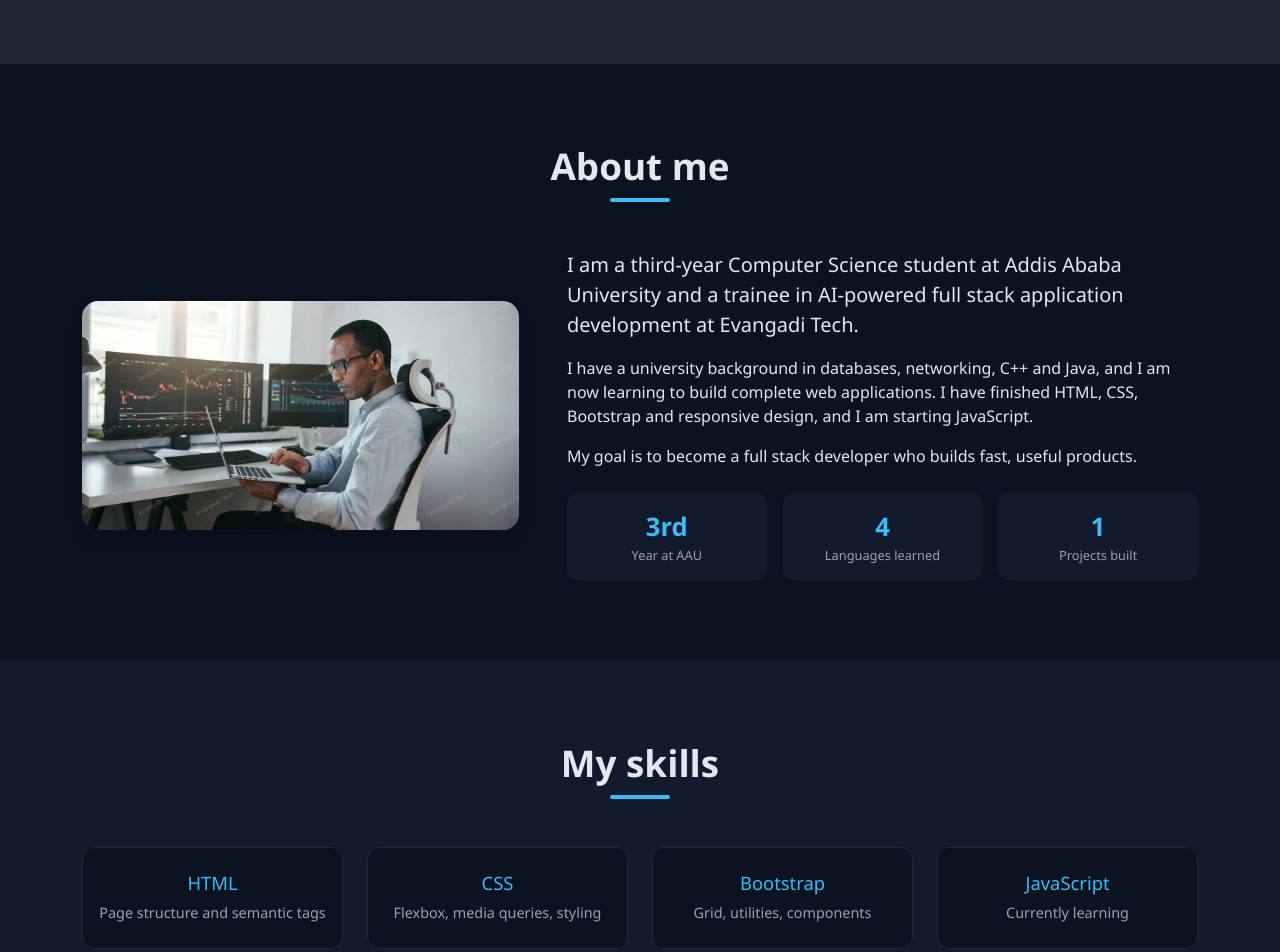
Repository: lawgaw-sefineh/MyPortfolioWebsite
Page: index.html
The author's editor kept a copy of each file at every save. The page is drawn from the files as they stood at one save, then again after a run of saves.
The browser window is 1280 px wide. The pictures show the part of the page from y = 656 to 1608 px (the page is 2848 px tall before and 3297 px after).
Pictures or frames that could not be fetched are drawn as grey boxes.

Above is the page before, as saved 2026-10-05 17:44:03.

### index.html
<!DOCTYPE html>
<html lang="en">
<head>
  <meta charset="UTF-8">
  <meta name="viewport" content="width=device-width, initial-scale=1">
  <title>Lawgaw | Full Stack Developer</title>
<head>
  <meta charset="UTF-8">
  <meta name="viewport" content="width=device-width, initial-scale=1">

  <!-- 1. TITLE: the blue link in Google results. Keep it under 60 characters -->
  <title>Lawgaw | Full Stack Developer in Addis Ababa, Ethiopia</title>

  <!-- 2. DESCRIPTION: the grey text under the title. Keep it 120 to 160 characters -->
  <meta name="description" content="Lawgaw is a Computer Science student at Addis Ababa University and an aspiring full stack developer. See my responsive web projects built with HTML, CSS, Bootstrap and JavaScript.">

  <!-- 3. Author and search robots -->
  <meta name="author" content="Lawgaw [Your Last Name]">
  <meta name="robots" content="index, follow">

  <!-- 4. Canonical: the one real address of this page -->
  <link rel="canonical" href="https://[your-username].github.io/">

  <!-- 5. Open Graph: the card shown when you share the link on Telegram, LinkedIn, Facebook -->
  <meta property="og:type" content="website">
  <meta property="og:title" content="Lawgaw | Full Stack Developer">
  <meta property="og:description" content="Aspiring full stack developer from Addis Ababa. View my projects and get in touch.">
  <meta property="og:url" content="https://[your-username].github.io/">
  <meta property="og:image" content="https://[your-username].github.io/images/share-image.jpg">

  <!-- 6. Twitter / X card -->
  <meta name="twitter:card" content="summary_large_image">
  <meta name="twitter:title" content="Lawgaw | Full Stack Developer">
  <meta name="twitter:description" content="Aspiring full stack developer from Addis Ababa. View my projects.">
  <meta name="twitter:image" content="https://[your-username].github.io/images/share-image.jpg">

  <!-- 7. Icon in the browser tab and color of the phone address bar -->
  <link rel="icon" href="images/favicon.png">
  <meta name="theme-color" content="#0b1220">

  <!-- 8. Structured data: tells Google who you are -->
  <script type="application/ld+json">
  {
    "@context": "https://schema.org",
    "@type": "Person",
    "name": "Lawgaw Sefineh",
    "jobTitle": "Aspiring Full Stack Developer",
    "url": "https://lawgaw-sefineh.github.io/",
    "image": "https://[your-username].github.io/images/profile.jpg",
    "alumniOf": "Addis Ababa University",
    "address": { "@type": "PostalAddress", "addressLocality": "Addis Ababa", "addressCountry": "ET" },
    "sameAs": [
      "https://github.com/[your-username]",
      "https://linkedin.com/in/[your-username]"
    ]
  }
  </script>

  <link href="https://cdn.jsdelivr.net/npm/bootstrap@5.3.3/dist/css/bootstrap.min.css" rel="stylesheet">
  <link href="css/style.css" rel="stylesheet">
</head>

  <!-- Bootstrap first, your CSS second -->
   <link href="css/bootstrap.css" rel="stylesheet">
  <link href="css/style.css" rel="stylesheet">
</head>
<body>

  <!-- ================= NAVBAR ================= -->
  <nav class="navbar navbar-expand-lg navbar-dark fixed-top site-nav">
    <div class="container">
      <a class="navbar-brand fw-bold" href="#home">Lawgaw<span class="accent">.</span></a>

      <button class="navbar-toggler" type="button" data-bs-toggle="collapse"
              data-bs-target="#menu" aria-controls="menu" aria-expanded="false" aria-label="Toggle menu">
        <span class="navbar-toggler-icon"></span>
      </button>

      <div class="collapse navbar-collapse" id="menu">
        <ul class="navbar-nav ms-auto">
          <li class="nav-item"><a class="nav-link" href="#home">Home</a></li>
          <li class="nav-item"><a class="nav-link" href="#about">About</a></li>
          <li class="nav-item"><a class="nav-link" href="#skills">Skills</a></li>
          <li class="nav-item"><a class="nav-link" href="#projects">Projects</a></li>
          <li class="nav-item"><a class="nav-link" href="#contact">Contact</a></li>
        </ul>
      </div>
    </div>
  </nav>


  <!-- ================= HERO =================
       BACKGROUND IMAGE: images/hero-bg.jpg  (set in CSS, class .hero)
       PROFILE PHOTO:    images/profile.jpg  (below)                 -->
  <header id="home" class="hero d-flex align-items-center text-center">
    <div class="container">
      <img src="images/profile-original.jpg" class="hero-photo rounded-circle mb-4" alt="Photo of Lawgaw">

      <p class="hero-hello mb-2">Hello, I'm</p>
      <h1 class="hero-title fw-bold mb-3">Lawgaw Sefineh</h1>
      <p class="hero-role mb-4">Aspiring Full Stack Developer</p>

      <div class="d-flex flex-column flex-sm-row justify-content-center gap-3">
        <a href="#projects" class="btn btn-accent btn-lg">View my work</a>
        <a href="#contact" class="btn btn-outline-light btn-lg">Contact me</a>
      </div>
    </div>
  </header>


  <!-- ================= ABOUT =================
       IMAGE: images/about.jpg                -->
  <section id="about" class="section">
    <div class="container">
      <h2 class="section-title text-center mb-5">About me</h2>

      <div class="row align-items-center g-5">
        <div class="col-12 col-md-5 L_banner">
          <img src="images/share-image (1).jpg" class="banner-photo img-fluid rounded-4 shadow" alt="lawgaw working on a laptop">
        </div>

        <div class="col-12 col-md-7">
          <p class="lead">
            I am a third-year Computer Science student at Addis Ababa University and a
            trainee in AI-powered full stack application development at Evangadi Tech.
          </p>
          <p>
            I have a university background in databases, networking, C++ and Java, and I am now
            learning to build complete web applications. I have finished HTML, CSS, Bootstrap and
            responsive design, and I am starting JavaScript.
          </p>
          <p class="mb-4">My goal is to become a full stack developer who builds fast, useful products.</p>

          <div class="row text-center g-3">
            <div class="col-4"><div class="fact"><span class="fact-number">3rd</span><span class="fact-label">Year at AAU</span></div></div>
            <div class="col-4"><div class="fact"><span class="fact-number">4</span><span class="fact-label">Languages learned</span></div></div>
            <div class="col-4"><div class="fact"><span class="fact-number">1</span><span class="fact-label">Projects built</span></div></div>
          </div>
        </div>
      </div>
    </div>
  </section>


  <!-- ================= SKILLS ================= -->
  <section id="skills" class="section section-alt">
    <div class="container">
      <h2 class="section-title text-center mb-5">My skills</h2>

      <!-- 2 per row on phone, 3 on tablet, 4 on desktop -->
      <div class="row g-3 g-lg-4 text-center">
        <div class="col-6 col-md-4 col-lg-3"><div class="skill-card"><h3>HTML</h3><p>Page structure and semantic tags</p></div></div>
        <div class="col-6 col-md-4 col-lg-3"><div class="skill-card"><h3>CSS</h3><p>Flexbox, media queries, styling</p></div></div>
        <div class="col-6 col-md-4 col-lg-3"><div class="skill-card"><h3>Bootstrap</h3><p>Grid, utilities, components</p></div></div>
        <div class="col-6 col-md-4 col-lg-3"><div class="skill-card"><h3>JavaScript</h3><p>Currently learning</p></div></div>
        <div class="col-6 col-md-4 col-lg-3"><div class="skill-card"><h3>C++</h3><p>University coursework</p></div></div>
        <div class="col-6 col-md-4 col-lg-3"><div class="skill-card"><h3>Java</h3><p>University coursework</p></div></div>
        <div class="col-6 col-md-4 col-lg-3"><div class="skill-card"><h3>Databases</h3><p>University coursework</p></div></div>
        <div class="col-6 col-md-4 col-lg-3"><div class="skill-card"><h3>Networking</h3><p>University coursework</p></div></div>
      </div>
    </div>
  </section>


  <!-- ================= PROJECTS =================
       IMAGES: images/project-1.jpg, project-2.jpg, project-3.jpg -->
  <section id="projects" class="section">
    <div class="container">
      <h2 class="section-title text-center mb-5">My projects</h2>

      <!-- 1 per row on phone, 2 on tablet, 3 on desktop -->
      <div class="row g-4">

        <div class="col-12 col-md-6 col-lg-4">
          <div class="card project-card h-100">
            <img src="images/project-1.jpg" class="card-img-top" alt="Apple website replica">
            <div class="card-body d-flex flex-column">
              <h3 class="card-title h5">Apple Website Replica</h3>
              <p class="card-text">A responsive copy of the Apple home page built with HTML, CSS and Bootstrap.</p>
              <div class="mt-auto">
                <a href="#" class="btn btn-sm btn-accent">Live demo</a>
                <a href="#" class="btn btn-sm btn-outline-secondary">Code</a>
              </div>
            </div>
          </div>
        </div>

        <div class="col-12 col-md-6 col-lg-4">
          <div class="card project-card h-100">
            <img src="images/project-2.jpg" class="card-img-top" alt="Personal portfolio">
            <div class="card-body d-flex flex-column">
              <h3 class="card-title h5">Personal Portfolio</h3>
              <p class="card-text">This website. A mobile-first design using the Bootstrap grid and media queries.</p>
              <div class="mt-auto">
                <a href="#" class="btn btn-sm btn-accent">Live demo</a>
                <a href="#" class="btn btn-sm btn-outline-secondary">Code</a>
              </div>
            </div>
          </div>
        </div>

        <div class="col-12 col-md-6 col-lg-4">
          <div class="card project-card h-100">
            <img src="images/project-3.jpg" class="card-img-top" alt="Next project">
            <div class="card-body d-flex flex-column">
              <h3 class="card-title h5">Next: JavaScript Project</h3>
              <p class="card-text">Coming soon. A small interactive app once I finish learning JavaScript.</p>
              <div class="mt-auto">
                <a href="#" class="btn btn-sm btn-outline-secondary disabled">Coming soon</a>
              </div>
            </div>
          </div>
        </div>

      </div>
    </div>
  </section>


  <!-- ================= CONTACT =================
       BACKGROUND IMAGE: images/contact-bg.jpg (set in CSS, class .contact) -->
  <section id="contact" class="contact section text-center">
    <div class="container">
      <h2 class="section-title mb-3">Let's work together</h2>
      <p class="lead mb-4">I am open to internships, junior roles and collaboration.</p>

      <div class="d-flex flex-column flex-sm-row justify-content-center gap-3">
        <a href="mailto:youremail@example.com" class="btn btn-accent btn-lg">Email me</a>
        <a href="https://github.com/your-username" class="btn btn-outline-light btn-lg">GitHub</a>
        <a href="https://linkedin.com/in/your-username" class="btn btn-outline-light btn-lg">LinkedIn</a>
        <a href="https://t.me/your-username" class="btn btn-outline-light btn-lg">Telegram</a>
      </div>
    </div>
  </section>


  <!-- ================= FOOTER ================= -->
  <footer class="site-footer text-center py-4">
    <p class="mb-0 small">&copy; 2026 Biruk. Built with HTML, CSS and Bootstrap.</p>
  </footer>

  <!-- Bootstrap JS: needed for the mobile menu button -->
  <script src="https://cdn.jsdelivr.net/npm/bootstrap@5.3.3/dist/js/bootstrap.bundle.min.js"></script>
</body>
</html>

### css/style.css
/* =========================================================
   css/style.css - Portfolio (Bootstrap + custom CSS)
   Image paths start with ../images/ because this file is in css/
   ========================================================= */

/* ---------- 1. Colors and basics ---------- */
:root {
  --bg-dark:  #0b1220;
  --bg-card:  #121a2e;
  --accent:   #38bdf8;
  --text:     #e2e8f0;
  --muted:    #94a3b8;
}

html { scroll-behavior: smooth; scroll-padding-top: 70px; } /* menu does not cover titles */

body {
  font-family: "Segoe UI", system-ui, -apple-system, Arial, sans-serif;
  background: var(--bg-dark);
  color: var(--text);
}

.accent { color: var(--accent); }


/* ---------- 2. Navbar ---------- */
.site-nav { background: rgba(11, 18, 32, 0.92); backdrop-filter: blur(6px); }
.site-nav .nav-link { color: var(--text); }
.site-nav .nav-link:hover { color: var(--accent); }


/* ---------- 3. Buttons ---------- */
.btn-accent {
  background: var(--accent);
  border-color: var(--accent);
  color: #06111f;
  font-weight: 600;
}
.btn-accent:hover { background: #7dd3fc; border-color: #7dd3fc; color: #06111f; }


/* ---------- 4. HERO (background image: images/hero-bg.jpg) ---------- */
.hero {
  min-height: 100vh;
  padding: 6rem 0 3rem;
  /* dark overlay on top of the image, so white text stays readable */
  background-image:
    linear-gradient(rgba(11, 18, 32, 0.75), rgba(11, 18, 32, 0.85)),
    url("../images/hero-bg.jpg");
  background-size: cover;
  background-position: center;
  background-repeat: no-repeat;
  background-color: var(--bg-dark);  /* shows if the image is missing */
}
.banner-photo{
    height:
}
.hero-photo {
  width: 130px;
  height: 130px;
  object-fit: cover;                 /* crops the photo to a square */
  border: 4px solid var(--accent);
}

.hero-hello { color: var(--accent); font-size: 1.1rem; }
.hero-title { font-size: 2.2rem; }   /* mobile size */
.hero-role  { font-size: 1.15rem; color: var(--muted); }


/* ---------- 5. Sections ---------- */
.section     { padding: 4rem 0; }
.section-alt { background: var(--bg-card); }

.section-title {
  font-size: 1.9rem;
  font-weight: 700;
}
.section-title::after {              /* small line under each title */
  content: "";
  display: block;
  width: 60px;
  height: 4px;
  margin: 0.6rem auto 0;
  background: var(--accent);
  border-radius: 2px;
}
.contact .section-title::after { display: none; }


/* ---------- 6. About facts ---------- */
.fact {
  background: var(--bg-card);
  border-radius: 0.75rem;
  padding: 1rem 0.5rem;
}
.fact-number { display: block; font-size: 1.6rem; font-weight: 700; color: var(--accent); }
.fact-label  { display: block; font-size: 0.8rem; color: var(--muted); }


/* ---------- 7. Skills ---------- */
.skill-card {
  background: var(--bg-dark);
  border: 1px solid #1e293b;
  border-radius: 0.75rem;
  padding: 1.5rem 1rem;
  height: 100%;
  transition: transform 0.2s, border-color 0.2s;
}
.skill-card:hover { transform: translateY(-6px); border-color: var(--accent); }
.skill-card h3 { font-size: 1.15rem; color: var(--accent); }
.skill-card p  { margin: 0; font-size: 0.9rem; color: var(--muted); }


/* ---------- 8. Project cards ---------- */
.project-card {
  background: var(--bg-card);
  border: 1px solid #1e293b;
  color: var(--text);
  overflow: hidden;
  transition: transform 0.2s;
}
.project-card:hover { transform: translateY(-6px); }
.project-card .card-img-top {
  height: 200px;
  object-fit: cover;                 /* all project images get the same size */
}
.project-card .card-text { color: var(--muted); }


/* ---------- 9. Contact (background image: images/contact-bg.jpg) ---------- */
.contact {
  background-image:
    linear-gradient(rgba(11, 18, 32, 0.85), rgba(11, 18, 32, 0.9)),
    url("../images/contact-bg.jpg");
  background-size: cover;
  background-position: center;
  background-color: var(--bg-dark);
}


/* ---------- 10. Footer ---------- */
.site-footer { background: #060a14; color: var(--muted); }


/* =========================================================
   RESPONSIVE (media queries)
   Bootstrap handles the columns; these change sizes only.
   ========================================================= */

/* Tablet: 768px and up */
@media (min-width: 768px) {
  .hero-photo  { width: 160px; height: 160px; }
  .hero-title  { font-size: 3.2rem; }
  .hero-role   { font-size: 1.4rem; }
  .section     { padding: 5rem 0; }
  .section-title { font-size: 2.3rem; }
}

/* Desktop: 992px and up */
@media (min-width: 992px) {
  .hero-photo  { width: 190px; height: 190px; }
  .hero-title  { font-size: 4rem; }
  .hero-role   { font-size: 1.6rem; }
  .project-card .card-img-top { height: 220px; }
}

/* Large desktop: 1400px and up */
@media (min-width: 1400px) {
  .hero-title  { font-size: 5rem; }
}

Loaded but not shown: css/bootstrap.css (library)

After the next 2 saves:
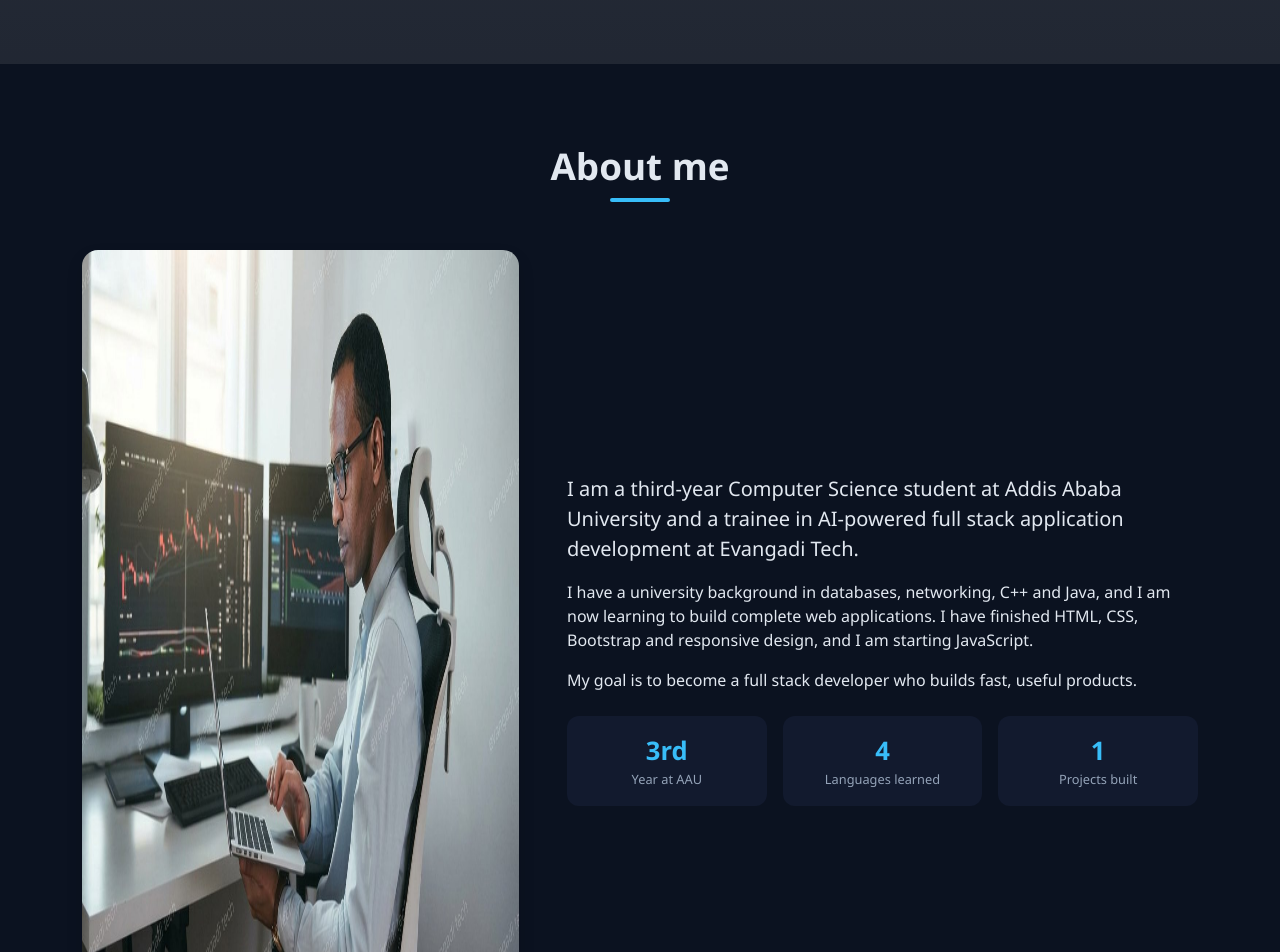
The 2 saves are shown as one change because they came seconds apart.
The last was saved 9 s later.
--- a/css/style.css
+++ b/css/style.css
@@ -53,7 +53,7 @@
   background-color: var(--bg-dark);  /* shows if the image is missing */
 }
 .banner-photo{
-    height:
+    height:780px;
 }
 .hero-photo {
   width: 130px;
